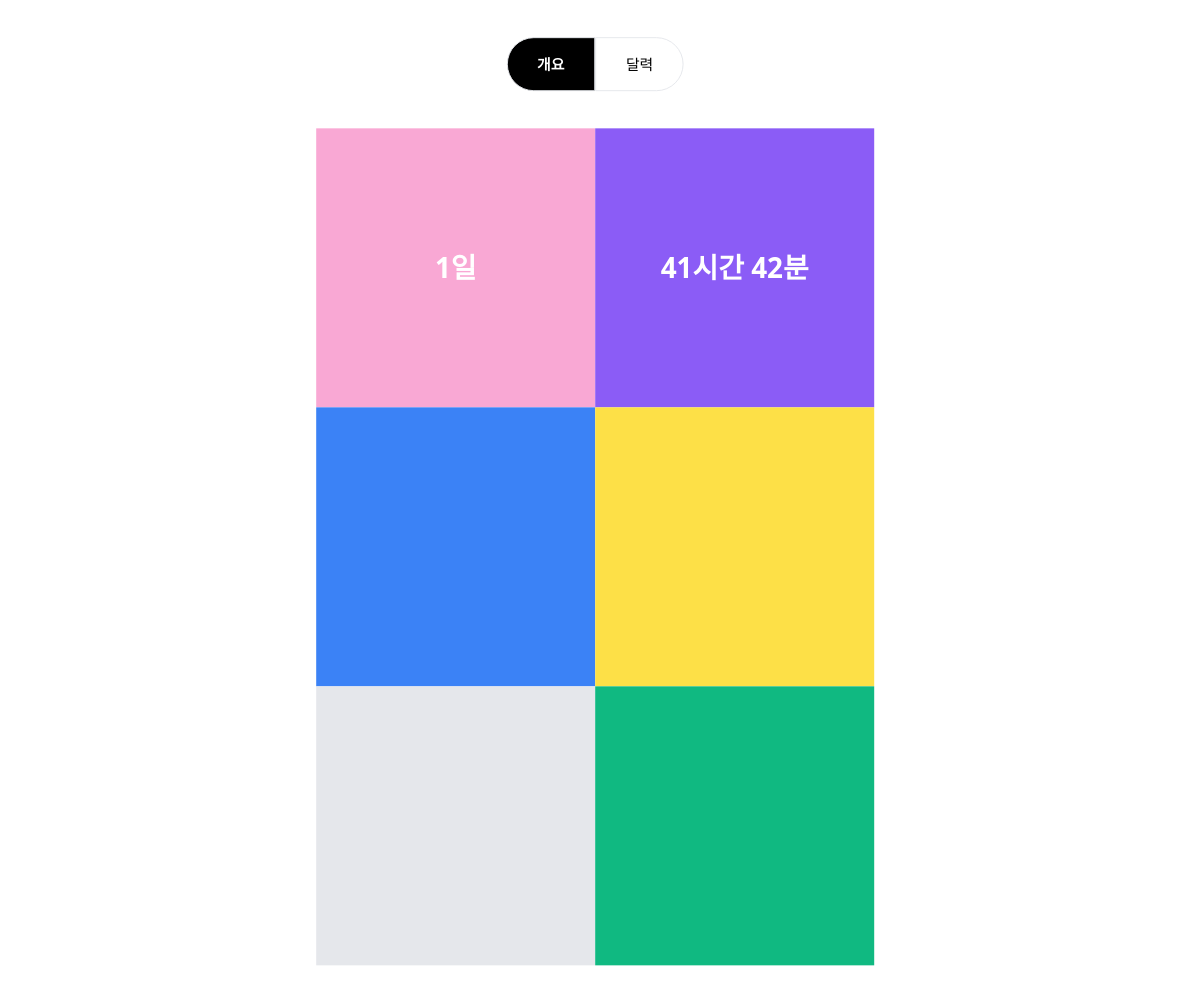
Repository: honey-punch/my-alcohol
Page: /
These files come from the project's save history. The page is drawn as it stood at one moment and after a run of saves; the edit follows.
The browser window is 1280 px wide. The pictures show the whole page, at 93% of full size.
The project was rebuilt for these pictures with package versions that can differ from the ones it lists, and the page was loaded fresh each time. The framework's server and built-in components were replaced by stand-ins that run in the browser. Also part of the build but not shown: next.config.ts, src/app/_component/Calendar.tsx.

Above is the page before, as saved 2025-02-10 15:50:28.

After the next 3 saves:
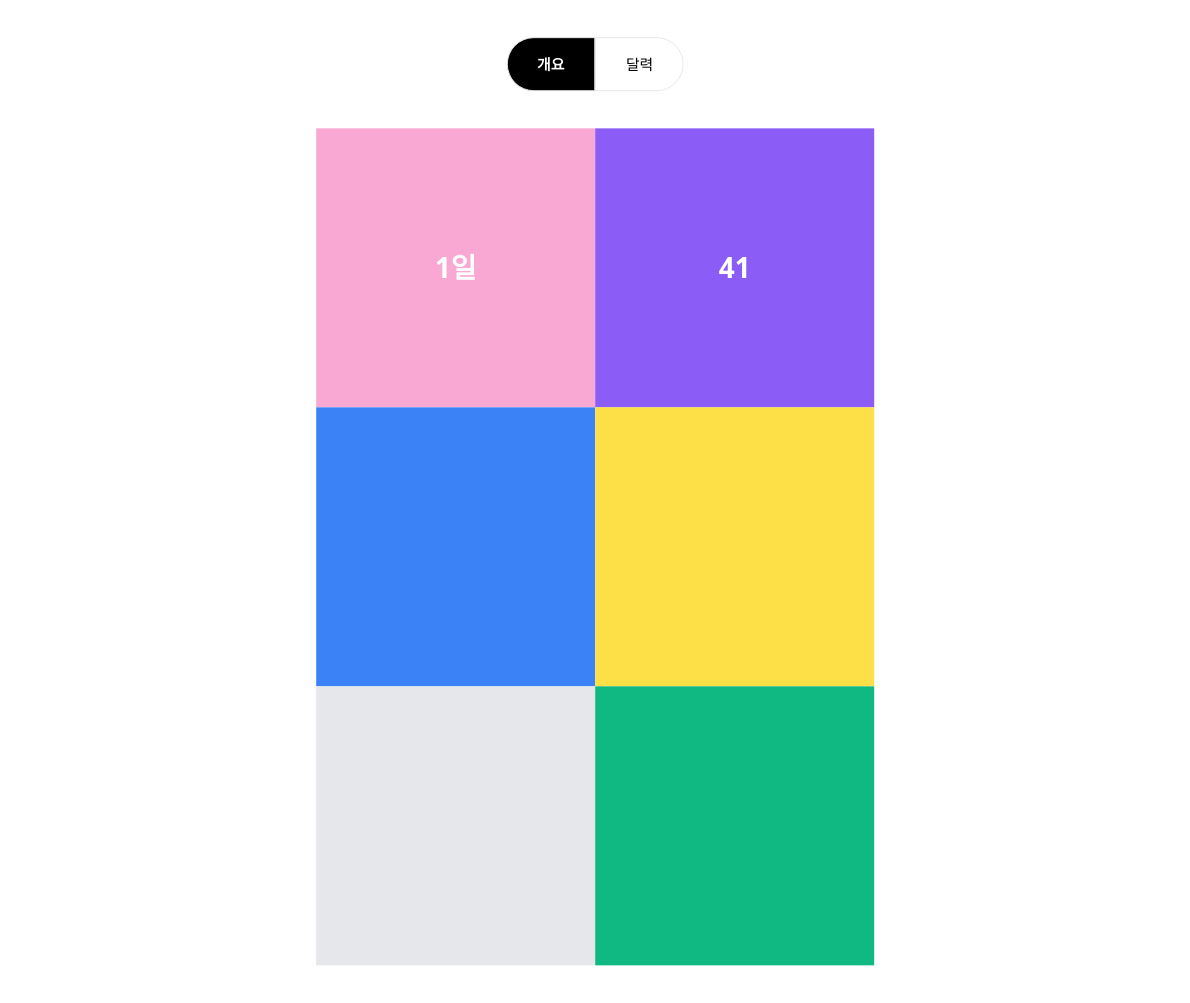
The 3 saves are shown as one change because 2 did not build or start.
The last was saved 31 s later.
--- a/src/app/_component/Summary.tsx
+++ b/src/app/_component/Summary.tsx
@@ -15,10 +15,9 @@ export default function Summary() {
 
   function getTimeDiff() {
     const diffMs = Math.abs(today.getTime() - lastDay.getTime());
-    const hours = Math.floor(diffMs / (1000 * 60 * 60));
-    const minutes = Math.floor((diffMs % (1000 * 60 * 60)) / (1000 * 60));
-
-    return `${hours}시간 ${minutes}분`;
+    const hour = Math.floor(diffMs / (1000 * 60 * 60));
+    const min = Math.floor((diffMs % (1000 * 60 * 60)) / (1000 * 60));
+    return { hour, min };
   }
 
   console.log(getTimeDiff());
@@ -37,7 +36,7 @@ export default function Summary() {
         style={{ width: `${BOX_SIZE}px`, height: BOX_SIZE }}
         className="bg-violet-500 text-white flex justify-center items-center text-3xl font-bold"
       >
-        {getTimeDiff()}
+        <span>{getTimeDiff().hour}</span>
       </div>
       <div
         style={{ width: `${BOX_SIZE}px`, height: BOX_SIZE }}
